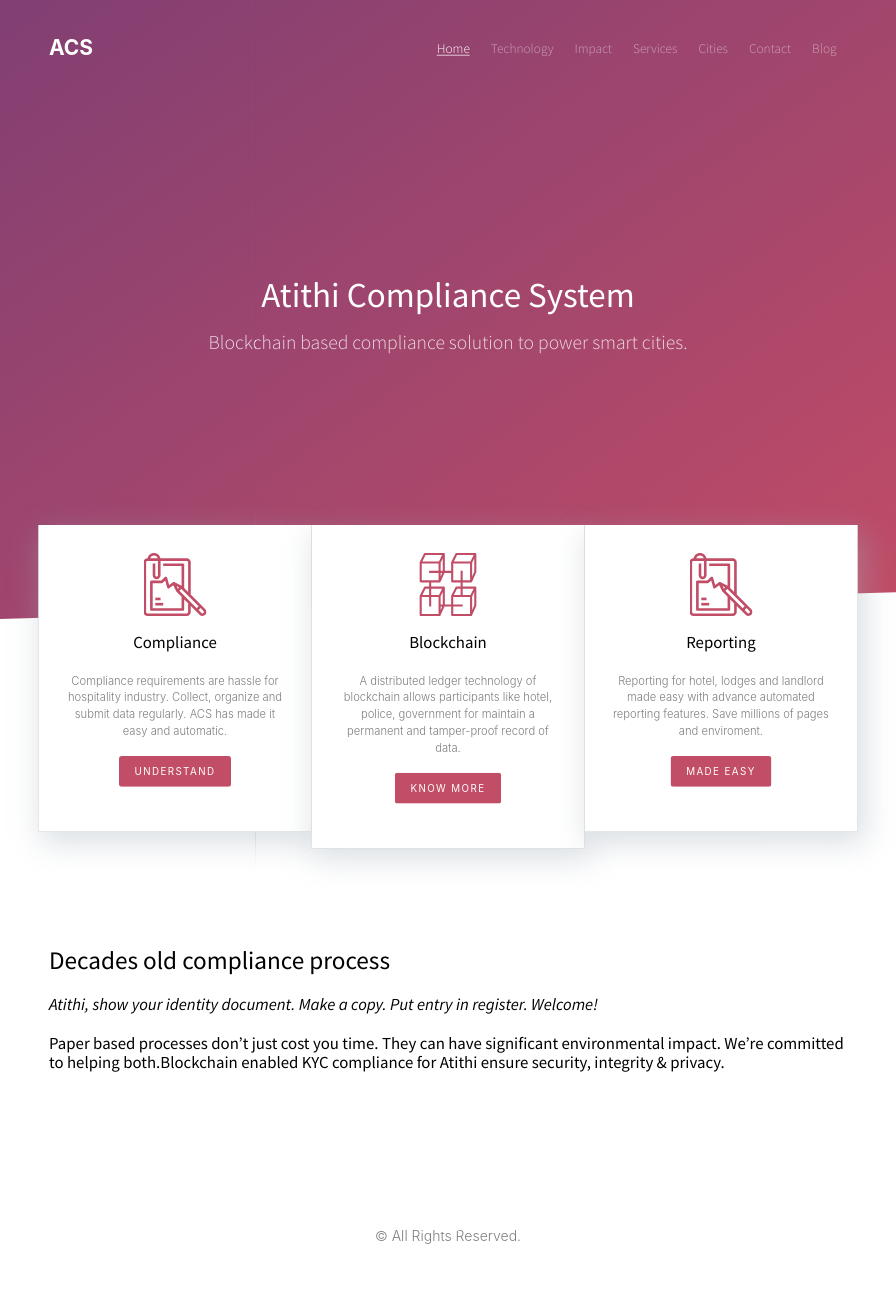
Repository: agarwalrahul-22/acs
Page: /blog
The author's editor kept a copy of each file at every save. The page is drawn from the files as they stood at one save, then again after the next save.
The browser window is 1280 px wide. The pictures show the whole page, at 70% of full size.
Some web fonts or font styles are not loaded; a fallback is used. The project was rebuilt for these pictures with package versions that can differ from the ones it lists, and the page was loaded fresh each time. Also part of the build but not shown: src/components/main/LandingComponent.js, src/components/main/TechComponent.js, src/components/main/ImpactComponent.js, src/components/main/ServicesComponent.js, src/components/main/CitiesComponent.js, src/components/MainComponent.js.

Above is the page before, as saved 2022-10-10 21:04:22.

After the next save:
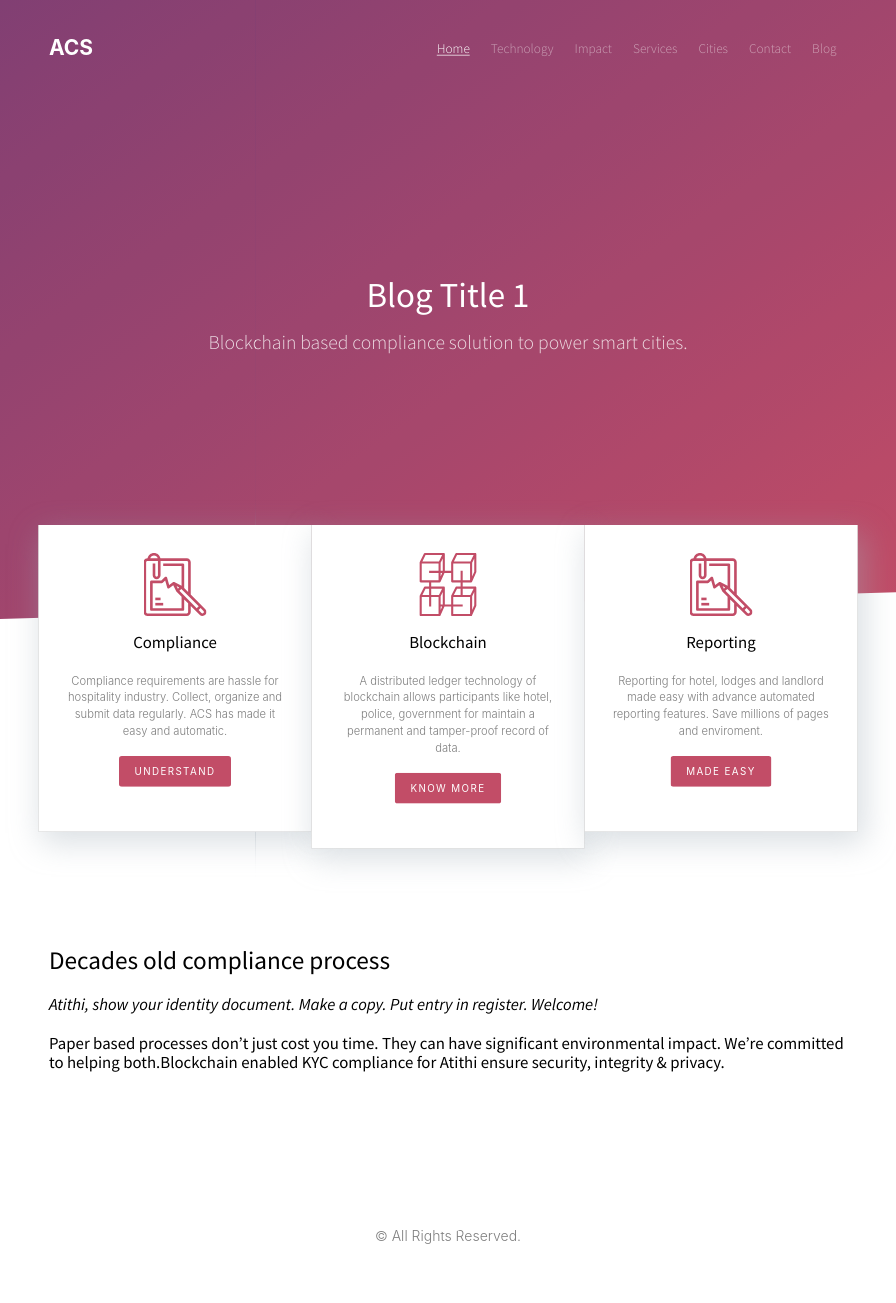
Saved 114 s later.
--- a/src/components/BlogComponent.js
+++ b/src/components/BlogComponent.js
@@ -18,7 +18,7 @@ function BlogComponent() {
         <div className="container">
           <div className="text-wrap">
             <div className="text-inner">
-              <h1 className="to-animate">Atithi Compliance System</h1>
+              <h1 className="to-animate">Blog Title 1</h1>
               <h2 className="to-animate">
                 Blockchain based compliance solution to power smart cities.
               </h2>
